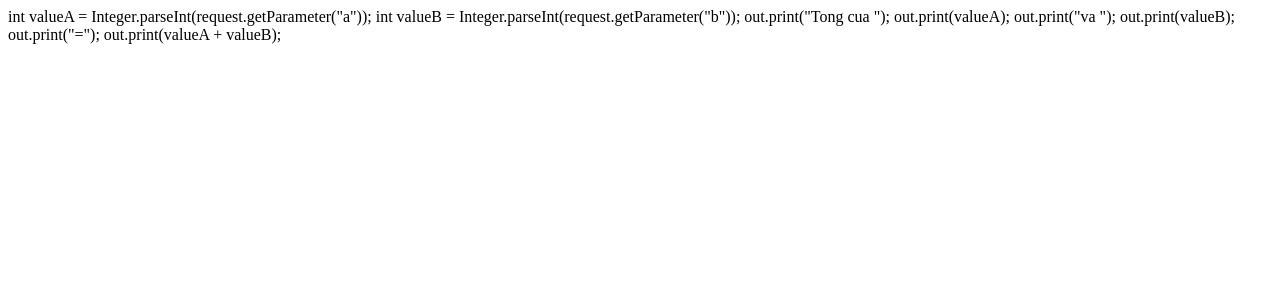
Repository: ThongThien/64132265_Web2
Page: http://localhost/ViDuTinhToan/WEB-INF/TinhToan.jsp
An editor plug-in stored every save of this project. The page is shown before and after the next save, followed by the edit.
The browser window is 1280 px wide. The pictures show the whole page.
The page is served by Tomcat 9. Nobody is signed in. The template is opened directly, without the code that normally fills it, so the values that code supplies are empty.

Above is the page before, as saved 2025-02-18 04:01:31.

After the next save:
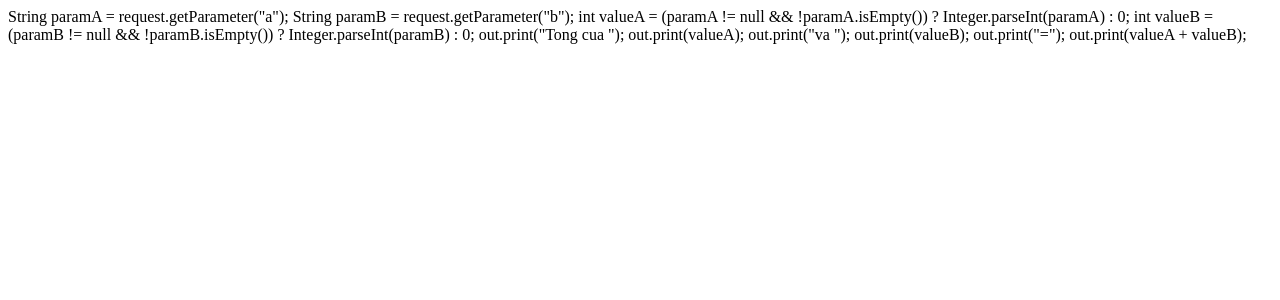
Saved 2 min 52 s later.
--- a/ViDuTinhToan/src/main/webapp/WEB-INF/TinhToan.jsp
+++ b/ViDuTinhToan/src/main/webapp/WEB-INF/TinhToan.jsp
@@ -7,8 +7,12 @@
 <title>Insert title here</title>
 </head>
 <body>
-	int valueA = Integer.parseInt(request.getParameter("a"));
-	int valueB = Integer.parseInt(request.getParameter("b"));
+String paramA = request.getParameter("a");
+String paramB = request.getParameter("b");
+
+int valueA = (paramA != null && !paramA.isEmpty()) ? Integer.parseInt(paramA) : 0;
+int valueB = (paramB != null && !paramB.isEmpty()) ? Integer.parseInt(paramB) : 0;
+
 	out.print("Tong cua ");
 	out.print(valueA);
 	out.print("va ");
